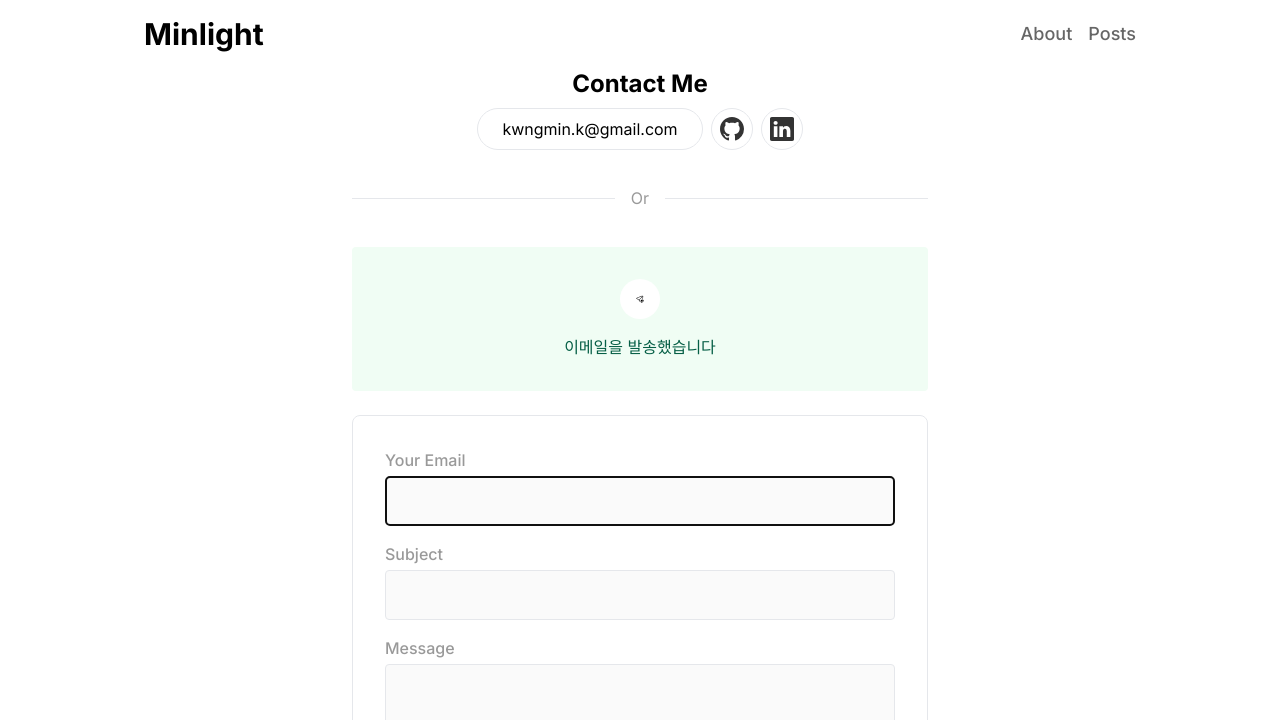
Repository: kwngmin/minlight-blog
Page: /contact
The author's editor kept a copy of each file at every save. The page is drawn from the files as they stood at one save, then again after the next save.
The browser window is 1280 px wide. The pictures show the whole page.
An inner scrolling area shows only its first screen. The project was rebuilt for these pictures with package versions that can differ from the ones it lists, and the page was loaded fresh each time. The framework's server and built-in components were replaced by stand-ins that run in the browser. Also part of the build but not shown: next.config.js.

Above is the page before, as saved 2023-04-03 17:45:13.

After the next save:
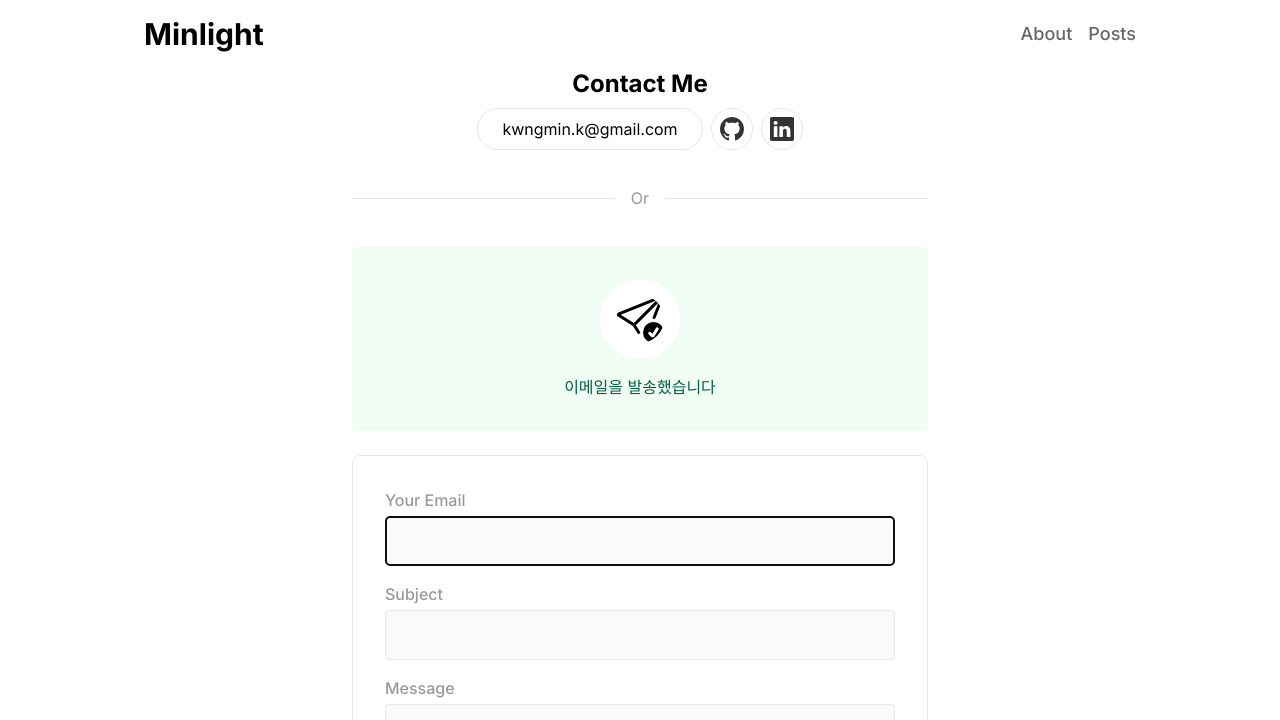
Saved 7 s later.
--- a/src/components/ContactForm.tsx
+++ b/src/components/ContactForm.tsx
@@ -41,7 +41,7 @@ export default function ContactForm() {
        */}
       <div className="bg-green-50 px-4 py-8 mb-6 rounded flex flex-col items-center text-emerald-800">
         <BsSendCheck
-          size={40}
+          size={80}
           className="mb-4 text-black p-4 bg-white rounded-full"
         />
         <span>{`이메일을 발송했습니다`}</span>
